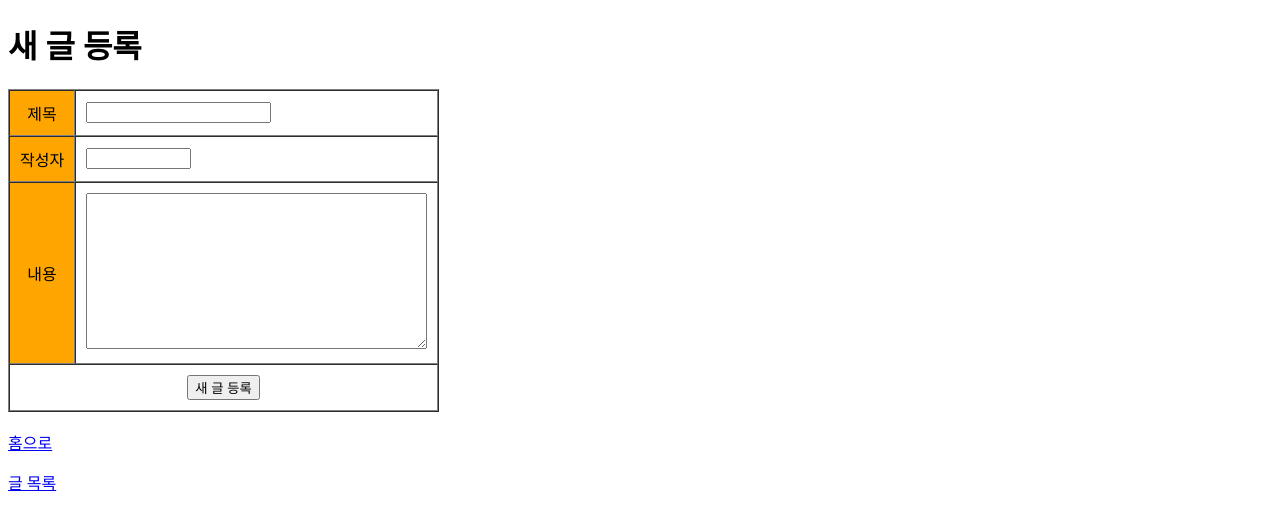
Repository: catapracts/PP
Page: http://localhost/PROJ/test/insertBoard2.jsp
These files come from the project's save history. The page is drawn as it stood at one moment and after the next save; the edit follows.
The browser window is 1280 px wide. The pictures show the whole page.
The page is served by Tomcat 10.

Above is the page before, as saved 2024-01-21 04:36:21.

After the next save:
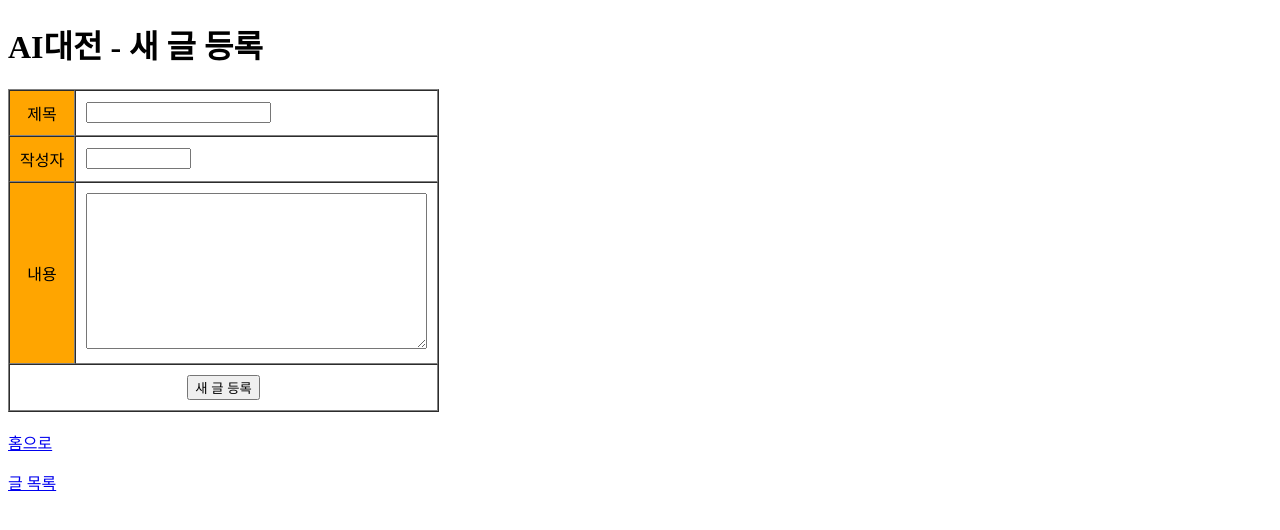
Saved 14 s later.
--- a/PROJ/src/main/webapp/test/insertBoard2.jsp
+++ b/PROJ/src/main/webapp/test/insertBoard2.jsp
@@ -3,10 +3,10 @@
 <html>
 <head>
 <meta charset="UTF-8">
-<title>새 글 등록</title>
+<title>AI대전 - 새 글 등록</title>
 </head>
 <body>
-<h1>새 글 등록</h1>
+<h1>AI대전 - 새 글 등록</h1>
 <form method = "post" action = "insertBoard.board2">
 <table border="1" cellpadding="10" cellspacing="0">
 
